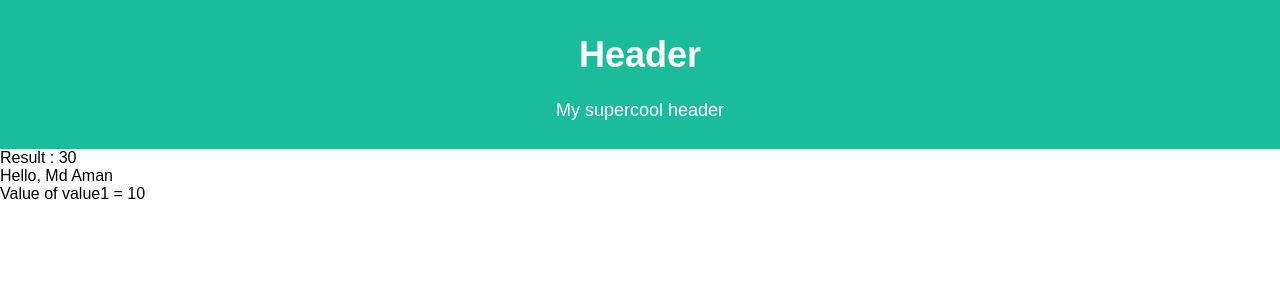
Repository: md-aman-git/Java-Repo-Epam
Page: http://localhost/DemoAppJSP/jspTags.jsp
These files come from the project's save history. The page is drawn as it stood at one moment and after the next save; the edit follows.
The browser window is 1280 px wide. The pictures show the whole page.
The page is served by Tomcat 9.

Above is the page before, as saved 2022-03-06 17:24:26.

After the next save:
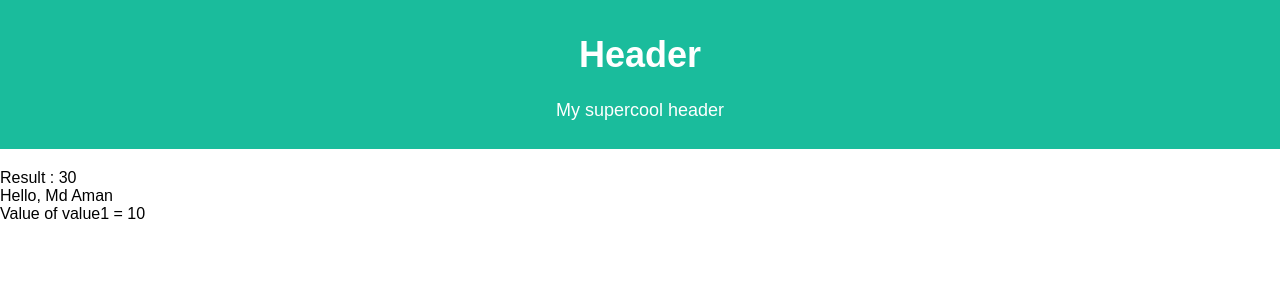
Saved 27 s later.
--- a/JspServlet/DemoAppJSP/src/main/webapp/header.jsp
+++ b/JspServlet/DemoAppJSP/src/main/webapp/header.jsp
@@ -19,6 +19,7 @@ body {
   background: #1abc9c;
   color: white;
   font-size: 18px;
+  margin-bottom: 20px;
 }
 
 /* Page Content */
